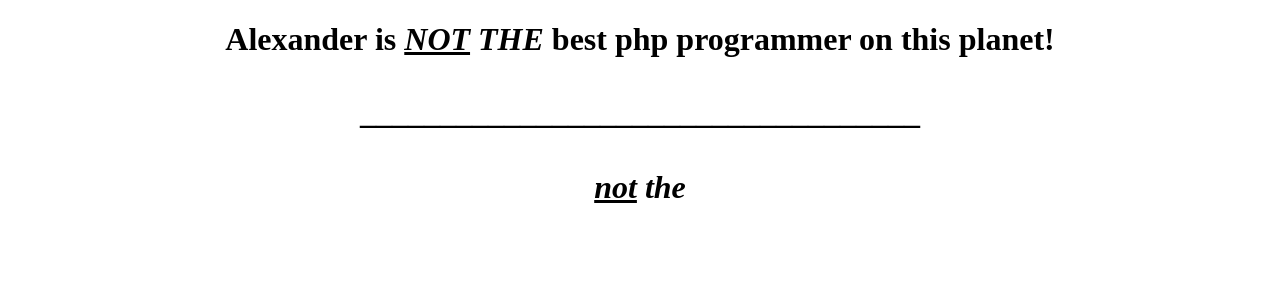
Repository: Lexscher/PHP-practice
Page: http://localhost/
The author's editor kept a record of every edit. The page is drawn from the files as they stood at one moment, then again after the next edit.
The browser window is 1280 px wide. The pictures show the whole page.
The page is run by PHP 8.4 with error messages shown; the project is at /var/www/html/.

Above is the page before.

### index.php
<!DOCTYPE html>
<html>
    <head>
        <title>My php website!</title>
    </head>
</html>

<body>

    <center>

        <h1>
               <?php
               // line breaks in my code
                function separate() {
                   echo  "<br /><br /> ___________________________________ <br /><br />";
                };
                // String Manipulattion
                $bs = "Alexander is the best php programmer on this planet!";
                $truth = "<i><u>not</u> the</i>";
                echo str_replace("the", strtoupper($truth), $bs);
                separate();
                echo strtolower($truth)

                ?>
        </h1>

    </center>

</body>

After the next edit:
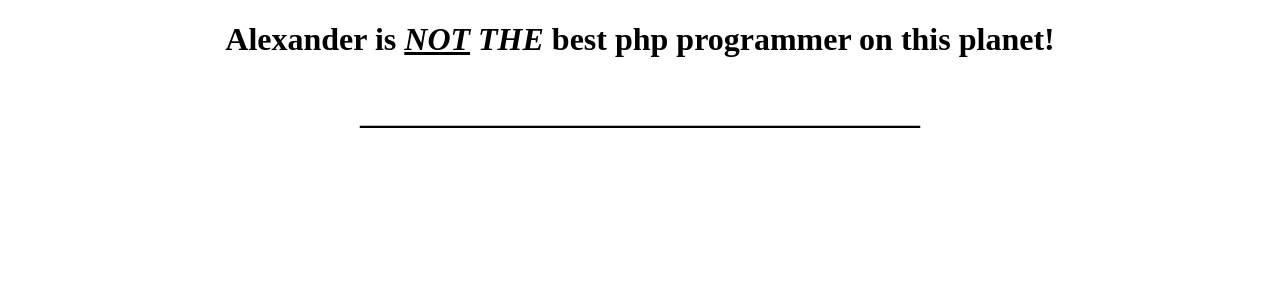
The edit:
--- a/index.php
+++ b/index.php
@@ -20,7 +20,7 @@
                 $truth = "<i><u>not</u> the</i>";
                 echo str_replace("the", strtoupper($truth), $bs);
                 separate();
-                echo strtolower($truth)
+
 
                 ?>
         </h1>
